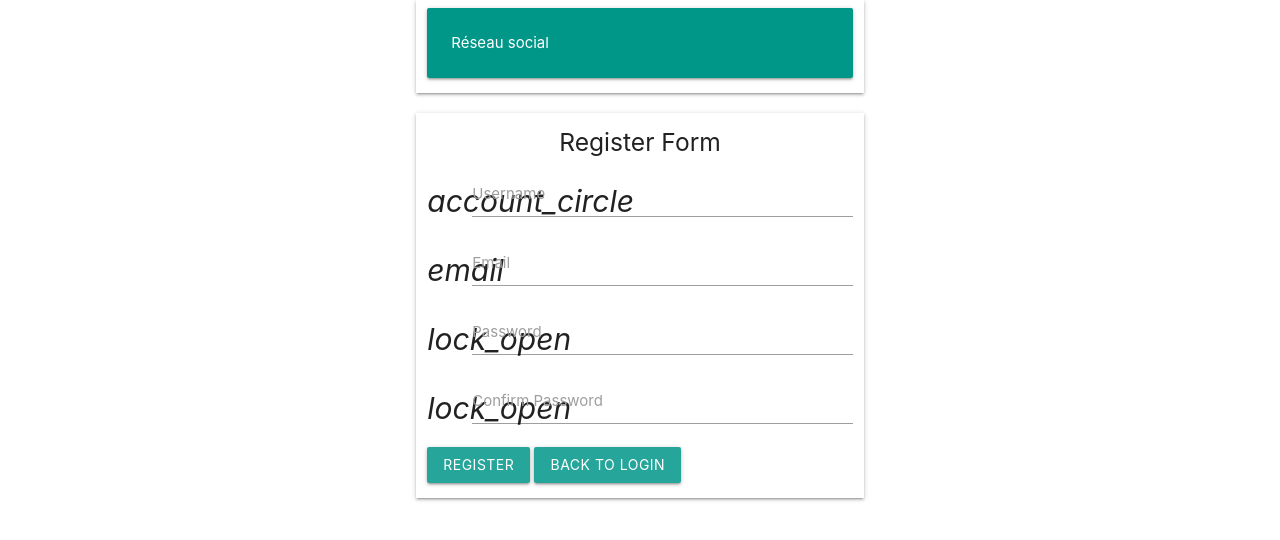
Repository: thdal/Atelier_JEE_16_02
Page: http://localhost/Atelier_JEE_16_02/WEB-INF/pages/connexion/FormRegister.jsp
An editor plug-in stored every save of this project. The page is shown before and after the next save, followed by the edit.
The browser window is 1280 px wide. The pictures show the whole page.
The page is served by Tomcat 9. Nobody is signed in. Other server files are loaded and not shown. The template is opened directly, without the code that normally fills it, so the values that code supplies are empty.

Above is the page before, as saved 2021-02-22 07:15:52.

### Atelier_JEE_16_02/src/main/webapp/WEB-INF/pages/connexion/FormRegister.jsp
<%@ page language="java" contentType="text/html; charset=ISO-8859-1"
    pageEncoding="ISO-8859-1"%>
<!DOCTYPE>
<html>
<head>
<link rel="stylesheet" href="https://cdnjs.cloudflare.com/ajax/libs/materialize/1.0.0/css/materialize.min.css">
	  <link href="https://fonts.googleapis.com/icon?family=Material+Icons" rel="stylesheet">
<meta http-equiv="Content-Type" content="text/html; charset=ISO-8859-1">
<title>Formulaire d'enregistrement</title>
</head>
<body>
<div class="container">

	     <div class="row">
	      <div class="col s6 offset-s3 z-depth-1">
	        <div class="card-panel teal">
	          <span class="white-text">Réseau social</span>
	        </div>
	      </div>
	    </div>

      <div class="row">

          <div class="col s6 offset-s3 z-depth-1" id="panell">
            <h5 style="text-align: center;" id="title">Register Form</h5>
            <form>

        <div class="input-field" id="username">
        	 <i class="material-icons prefix">account_circle</i>
	         <input  type="text" class="validate">
	         <label for="username">Username</label>
        </div>
        <div class="input-field" id="username">
             <i class="material-icons prefix">email</i>
	         <input  type="text" class="validate">
	         <label for="username">Email</label>
        </div>
        <div class="input-field" id="password">
            <i class="material-icons prefix">lock_open</i>
            <input  type="password" class="validate">
            <label for="password">Password</label>
        </div>
        <div class="input-field" id="password">
            <i class="material-icons prefix">lock_open</i>
            <input  type="password" class="validate">
            <label for="password">Confirm Password</label>
        </div>
        <a class="waves-effect waves-light btn" id="loginbtn">Register</a>
        <a href="connexion" class="waves-effect waves-light btn" id="loginbtn">Back to login</a>

        </form>

        </div>
      </div>

    </div>

</body>
    <script src="https://cdnjs.cloudflare.com/ajax/libs/materialize/1.0.0/js/materialize.min.js"></script>
</html>

After the next save:
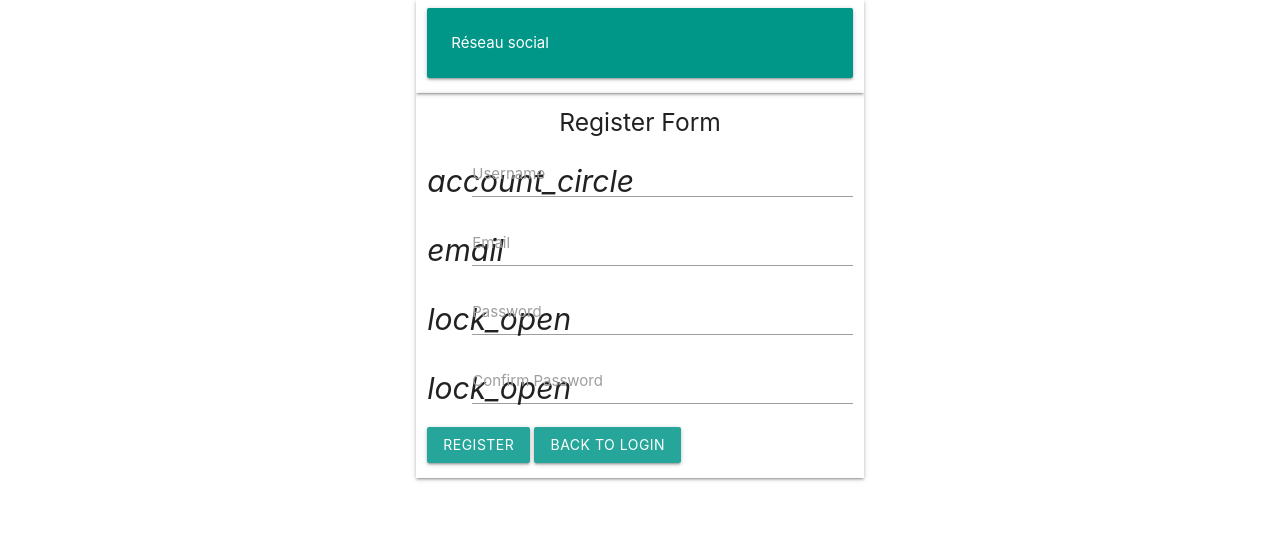
Saved 65 s later.
--- a/Atelier_JEE_16_02/src/main/webapp/WEB-INF/pages/connexion/FormRegister.jsp
+++ b/Atelier_JEE_16_02/src/main/webapp/WEB-INF/pages/connexion/FormRegister.jsp
@@ -11,15 +11,12 @@
 <body>
 <div class="container">
 
-	     <div class="row">
-	      <div class="col s6 offset-s3 z-depth-1">
+      <div class="row">
+       <div class="col s6 offset-s3 z-depth-1">
 	        <div class="card-panel teal">
 	          <span class="white-text">Réseau social</span>
 	        </div>
 	      </div>
-	    </div>
-
-      <div class="row">
 
           <div class="col s6 offset-s3 z-depth-1" id="panell">
             <h5 style="text-align: center;" id="title">Register Form</h5>
